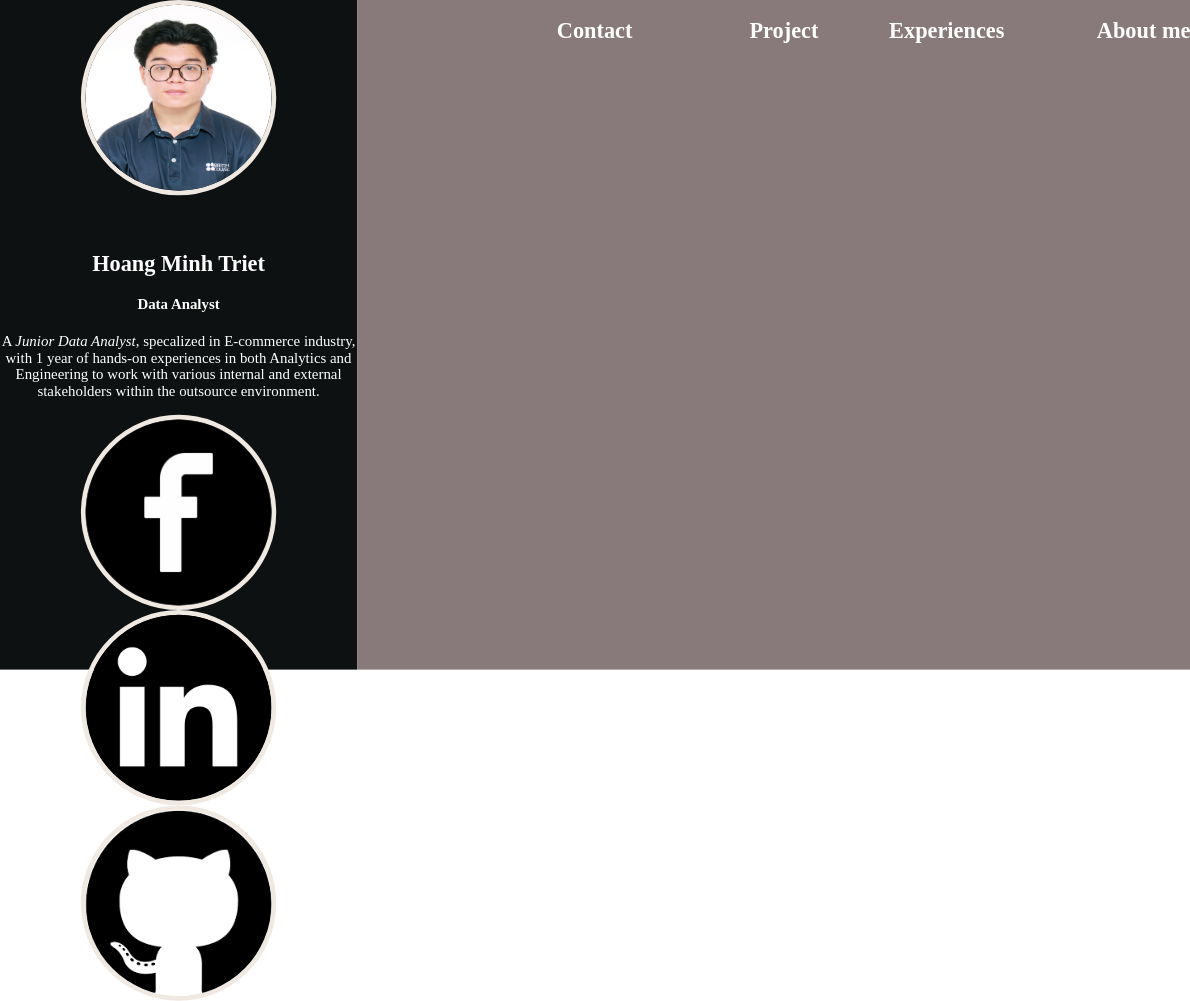
Repository: MinnTrit/personal_website
Page: http://localhost/
The author's editor kept a copy of each file at every save. The page is drawn from the files as they stood at one save, then again after the next save.
The browser window is 1280 px wide. The pictures show the whole page, at 93% of full size.
The page is served by the project's application, run on Flask 3 (app.py).

Above is the page before, as saved 2025-01-28 23:49:55.

After the next save:
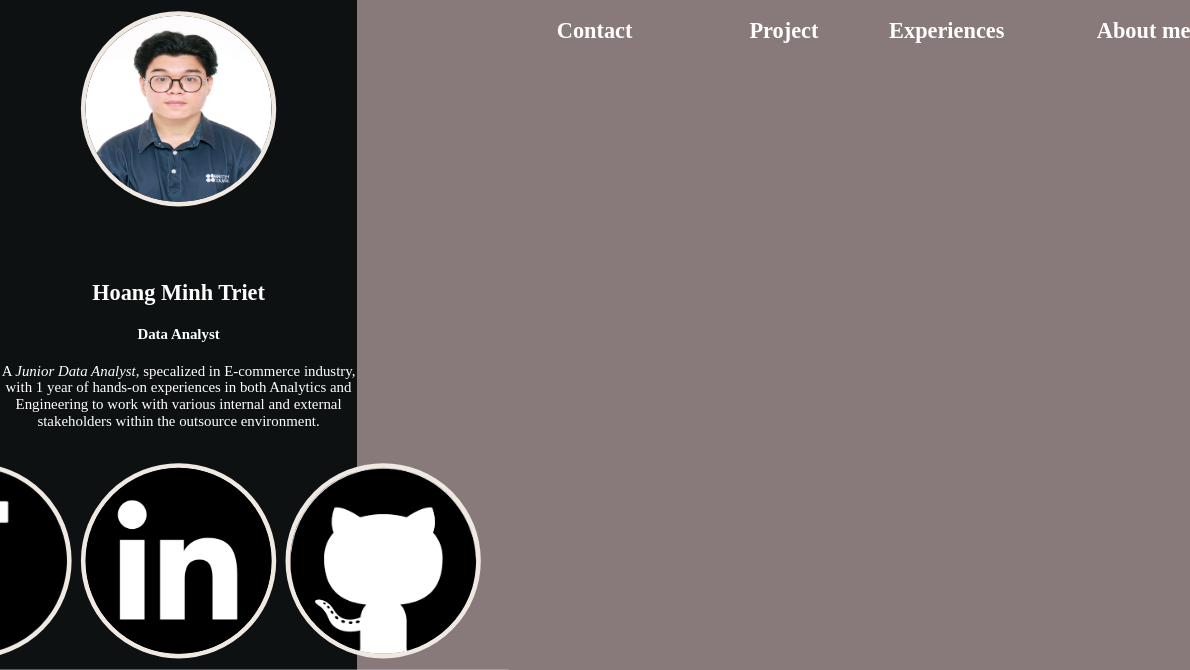
Saved 20 s later.
--- a/static/css/styles.css
+++ b/static/css/styles.css
@@ -55,14 +55,19 @@
     right: 600px;
 }
 
-/* Locate the div information*/
-.picture .information {
-    justify-content: center;
-    align-items: center;
+.picture {
+    display: flex; /* Enable flexbox */
+    flex-direction: column; /* Align items in a column layout */
+    justify-content: center; /* Vertically center items */
+    align-items: center; /* Horizontally center items */
+    height: 100%; /* Ensure the parent div takes up the desired height */
+    position: relative; /* For additional positioning control if needed */
 }
 
 .information {
-    gap: 50px;
+    display: flex; /* Flexbox for aligning icons horizontally */
+    gap: 10px; /* Add space between icons */
+    margin-top: 20px; /* Optional: Adjust spacing between text and icons */
 }
 
 /* .information .facebook {

After the save that followed:
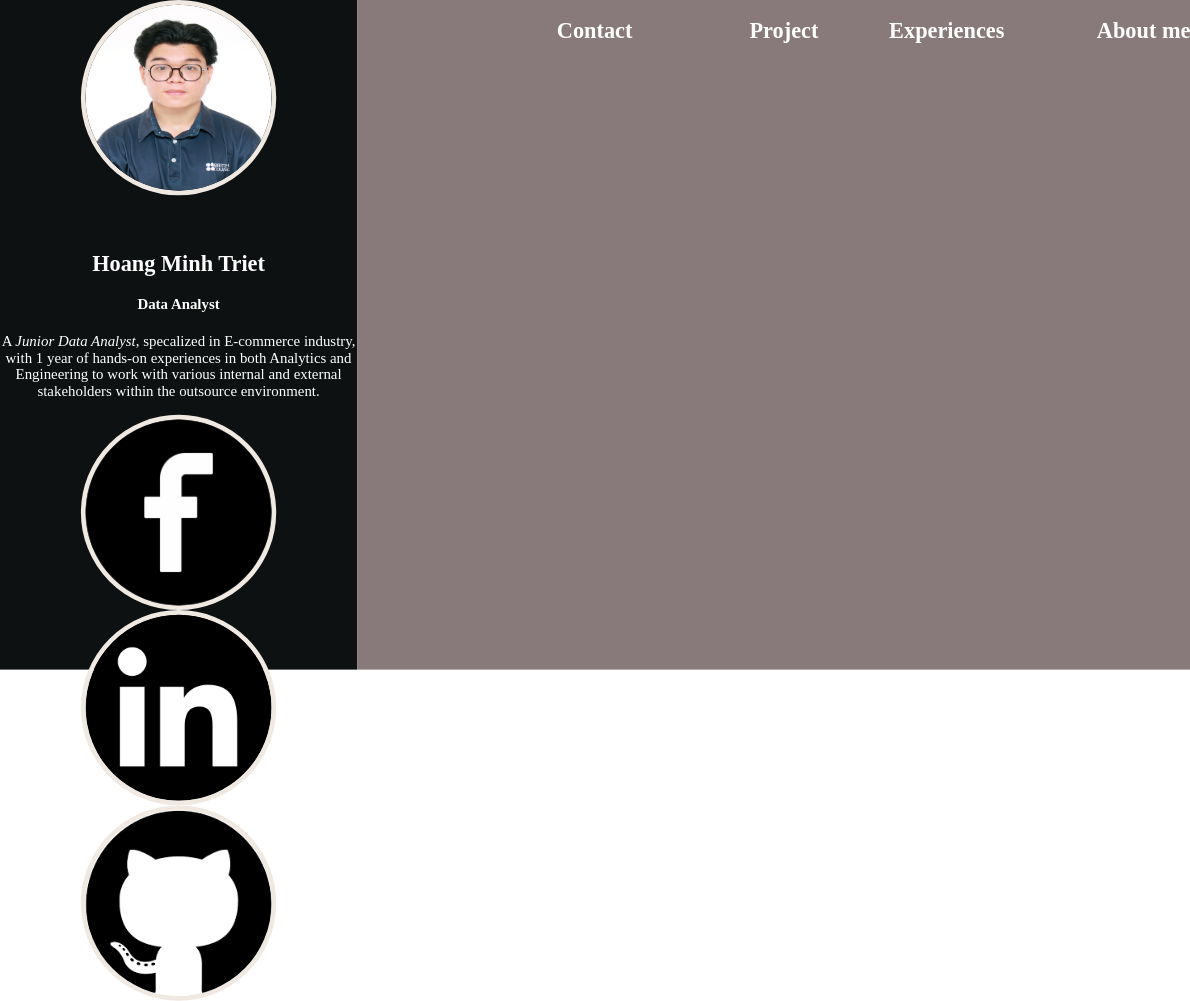
Saved 14 s later.
--- a/static/css/styles.css
+++ b/static/css/styles.css
@@ -55,19 +55,14 @@
     right: 600px;
 }
 
-.picture {
-    display: flex; /* Enable flexbox */
-    flex-direction: column; /* Align items in a column layout */
-    justify-content: center; /* Vertically center items */
-    align-items: center; /* Horizontally center items */
-    height: 100%; /* Ensure the parent div takes up the desired height */
-    position: relative; /* For additional positioning control if needed */
+/* Locate the div information*/
+.picture .information {
+    justify-content: center;
+    align-items: center;
 }
 
 .information {
-    display: flex; /* Flexbox for aligning icons horizontally */
-    gap: 10px; /* Add space between icons */
-    margin-top: 20px; /* Optional: Adjust spacing between text and icons */
+    gap: 10px
 }
 
 /* .information .facebook {
